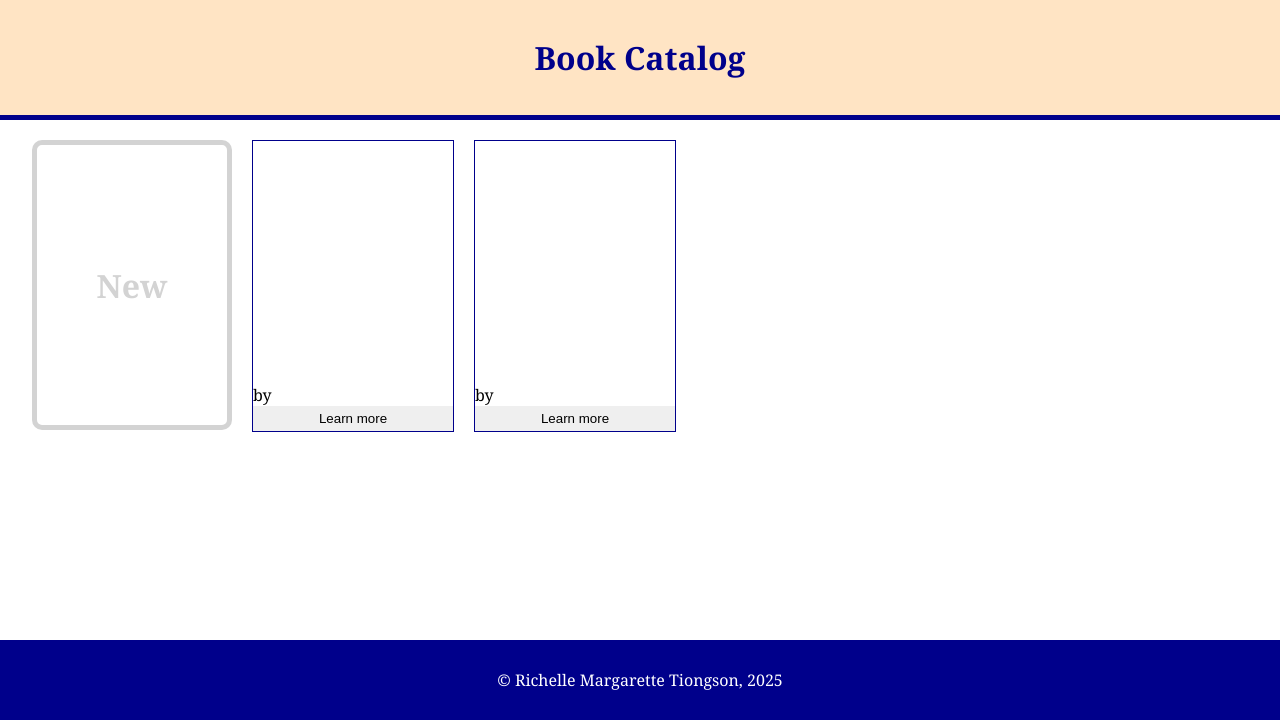
Repository: richelletiongson/comp3170_lab01
Page: /
The author's editor kept a copy of each file at every save. The page is drawn from the files as they stood at one save, then again after the next save.
The browser window is 1280 px wide. The pictures show the whole page.
The project was rebuilt for these pictures with package versions that can differ from the ones it lists, and the page was loaded fresh each time. Also part of the build but not shown: vite.config.js.

Above is the page before, as saved 2025-09-14 00:38:01.

After the next save:
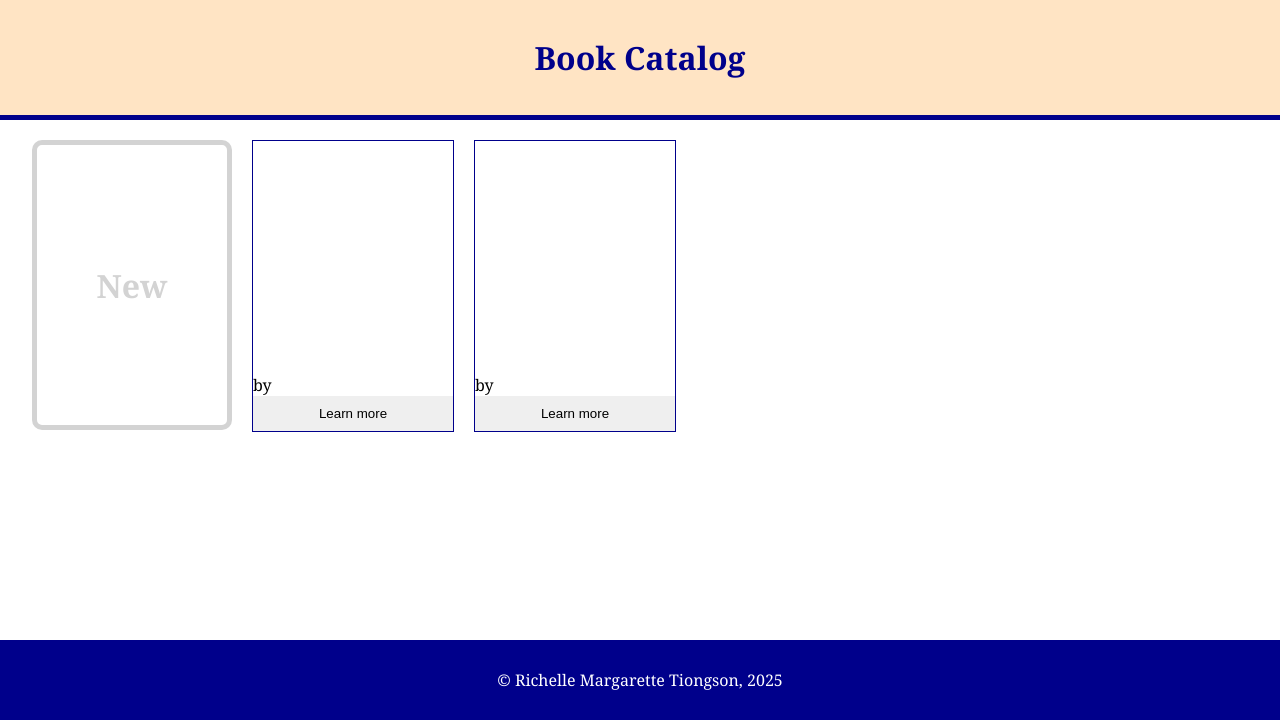
Saved 14 s later.
--- a/src/index.css
+++ b/src/index.css
@@ -45,7 +45,7 @@ body {
 
 .learn {
   border: none;
-  height: 25px;
+  height: 35px;
 }
 
 .new {
